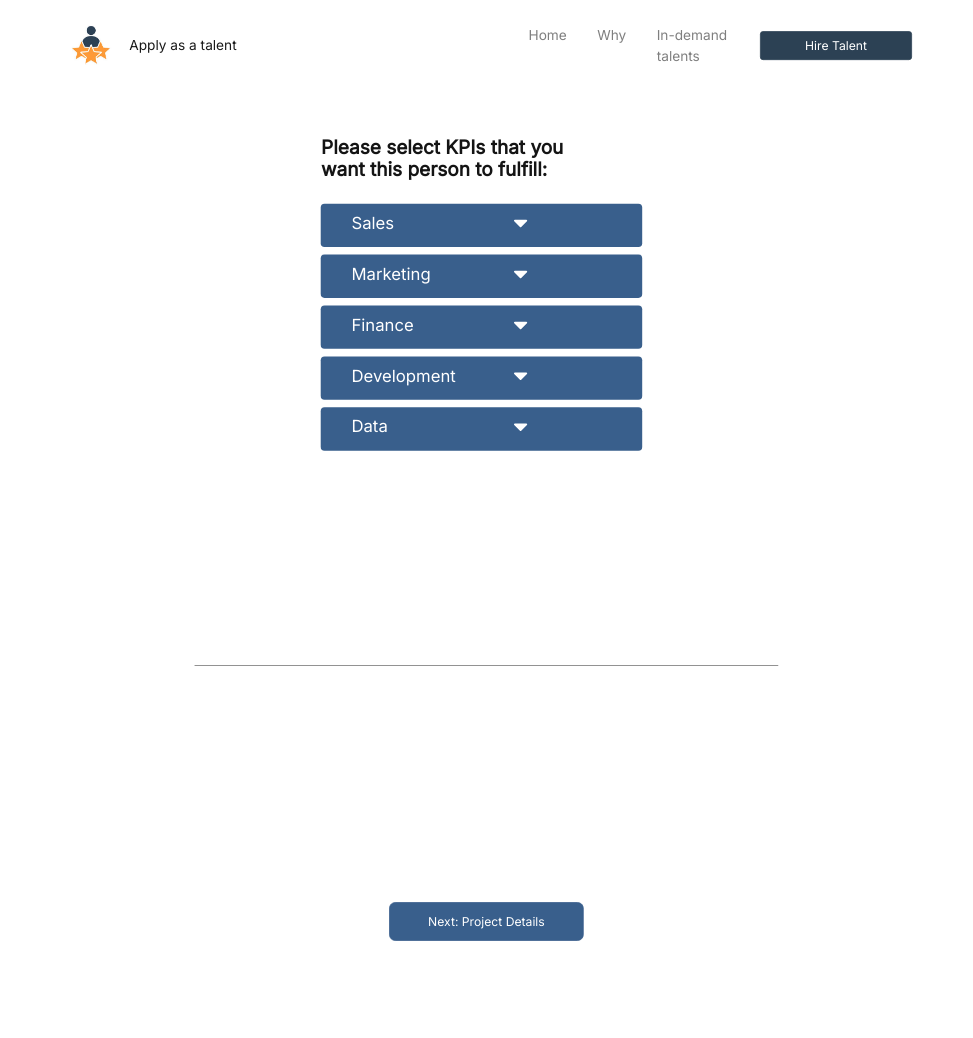
Repository: Ashwe9/talent-hire-reactJs
Page: /kpis
The author's editor kept a copy of each file at every save. The page is drawn from the files as they stood at one save, then again after the next save.
The browser window is 1280 px wide. The pictures show the whole page, at 76% of full size.
The project was rebuilt for these pictures with package versions that can differ from the ones it lists, and the page was loaded fresh each time. A package was used in the major version that the imports need, not the one package.json lists. Also part of the build but not shown: src/homePage/components/TrustedBy/TrustedBy.css, src/homePage/components/TrustedBy/TrustedBy.js, src/homePage/components/Roles/Roles.css, src/homePage/components/Roles/Roles.js, src/homePage/components/homePageFooter/HomePageFooter.js, src/homePage/HomePage.js, src/kpisPage/Talents.css, src/kpisPage/Talents.js and 1 more.

Above is the page before, as saved 2022-08-18 17:59:53.

### public/index.html
<!DOCTYPE html>
<html lang="en">
  <head>
    <meta charset="utf-8" />
    <link rel="icon" href="%PUBLIC_URL%/favicon.ico" />
    <meta name="viewport" content="width=device-width, initial-scale=1" />
    <meta name="theme-color" content="#000000" />
    <meta
      name="description"
      content="Web site created using create-react-app"
    />
    <link rel="apple-touch-icon" href="%PUBLIC_URL%/logo192.png" />
    <link rel="manifest" href="%PUBLIC_URL%/manifest.json" />
    <link rel="stylesheet" href="https://stackpath.bootstrapcdn.com/bootstrap/4.4.1/css/bootstrap.min.css" integrity="sha384-Vkoo8x4CGsO3+Hhxv8T/Q5PaXtkKtu6ug5TOeNV6gBiFeWPGFN9MuhOf23Q9Ifjh" crossorigin="anonymous">
    <link href='https://fonts.googleapis.com/css?family=Inter' rel='stylesheet'>

    <title>App</title>
  </head>
  <body>
    <noscript>You need to enable JavaScript to run this app.</noscript>
    <div id="root"></div>
    <script src="https://code.jquery.com/jquery-3.4.1.slim.min.js" integrity="sha384-J6qa4849blE2+poT4WnyKhv5vZF5SrPo0iEjwBvKU7imGFAV0wwj1yYfoRSJoZ+n" crossorigin="anonymous"></script>
    <script src="https://cdn.jsdelivr.net/npm/popper.js@1.16.0/dist/umd/popper.min.js" integrity="sha384-Q6E9RHvbIyZFJoft+2mJbHaEWldlvI9IOYy5n3zV9zzTtmI3UksdQRVvoxMfooAo" crossorigin="anonymous"></script>
    <script src="https://stackpath.bootstrapcdn.com/bootstrap/4.4.1/js/bootstrap.min.js" integrity="sha384-wfSDF2E50Y2D1uUdj0O3uMBJnjuUD4Ih7YwaYd1iqfktj0Uod8GCExl3Og8ifwB6" crossorigin="anonymous"></script>  </body>
</html>

### src/App.js
import React from 'react'
import { BrowserRouter as Router, Route, Switch } from 'react-router-dom';
import { HomePage } from './homePage/HomePage';
import KPISPage from './kpisPage/KPISPage';
import ProjectDetails from './projectDetails/ProjectDetails';

function App() {
  return (
    <Router>
      <Switch>
        <Route exact path="/" component={HomePage} />
        <Route exact path="/kpis" component={KPISPage} />
        <Route exact path="/projectdetails" component={ProjectDetails} />
      </Switch>
    </Router>
  );
}

export default App;

### src/kpisPage/KPISPage.js
import React from 'react'
import './KPISPage.css'
import { Navbar } from '../shared-components/Navbar/Navbar'
import Header from './Header'
import DropDown from './DropDown'
import { Footer }from '../shared-components/Footer/Footer'

const KPISPage = () => {
  return (
    <div>
      <Navbar />
      <Header />
      <DropDown title="Sales"/>
      <DropDown title="Marketing"/>
      <DropDown title="Finance"/>
      <DropDown title="Development"/>
      <DropDown title="Data"/>
      <Footer nextTitle="Next: Project Details" nextPath="/projectdetails" previousPath="/" />
    </div>
  )
}

export default KPISPage

### src/shared-components/Navbar/Navbar.js
import React from 'react'
import './Navbar.css'
import { useHistory } from 'react-router-dom'

export const Navbar = () => {
  let history=useHistory();
  return (
    <nav className="navbar navbar-expand-lg navbar-light">
      <img src= {require('../../assets/icon.png')} className="icon"/>
      <a className="navbar-brand title" href="#">Apply as a talent</a>
      <button className="navbar-toggler" type="button" data-toggle="collapse" data-target="#navbarText" aria-controls="navbarText" aria-expanded="false" aria-label="Toggle navigation">
        <span className="navbar-toggler-icon"></span>
      </button>
      <div className="collapse navbar-collapse" id="navbarText">
        <ul className="navbar-nav mr-auto">
          <li className="nav-item">
            <a className="nav-link" href="#" onClick={() => {
                history.push('/');
              } }>Home</a>
          </li>

          <li className="nav-item">
            <a className="nav-link" href="#">Why</a>
          </li>
          <li className="nav-item">
            <a className="nav-link" href="#">In-demand talents</a>
          </li>
        </ul>
        <span className="navbar-text">
          <button className='btn btn-dark navbar-btn'>Hire Talent</button>
        </span>
      </div>
    </nav>
  )
}

### src/kpisPage/Header.js
import React from 'react'
import './Header.css'

const Header = () => {
  return (
    <div className='header-box'>
        <p className='header-by-title'>
            Please select KPIs that you want this person to fulfill:
        </p>
    </div>
  )
}

export default Header

### src/kpisPage/DropDown.js
import {FaCaretDown, FaCaretUp} from 'react-icons/fa'
import React , { useState } from 'react'
import './DropDown.css'
import { left } from '@popperjs/core'
import Talents from './Talents'


const DropDown = ({title}) => {
    const [x, setCount] = useState(0);
    const incrementCount = () => {
        setCount(x + 1);
      };

  return (
    <div>
        <div className='dropdown-box' onClick={incrementCount} >
            <p className='dropdown-title'>{title}</p>
            <a> { x%2===0 ? <FaCaretDown id='icon' size={30} style={{}} /> : <FaCaretUp id='icon' size={30} style={{}} />}</a>
        </div>
        { x%2===1 ? <Talents title={title}/> : <></>}
    </div>
  )
}

export default DropDown

### src/shared-components/Footer/Footer.js
import React from 'react'
import './Footer.css'
import { useHistory } from 'react-router-dom'


export const Footer = ({nextTitle, nextPath, previousPath}) => {
  let history =useHistory();

  return (
      <footer>
        <div className='Footer-box'>
            <hr id="footer-line"/>
        </div>
        <span className="HomePageFooter-button">
              <button
              onClick={() => {
                history.push({nextPath});
              } }
              className='btn btn-dark HomePageFooter-btn' >{nextTitle}</button>
            </span>
      </footer>
    )
  }

### src/shared-components/Navbar/Navbar.css
.icon{
    width: 80px;
}

.title{
    font-family: "Inter";
    font-style: normal;
    font-weight: 500;
    font-size: 18px;
    line-height: 28px;
    align-items: center;
    color: #444444;
    padding-left: 10px;
}

#navbarText{
    margin-left: 30%;
}
.navbar-items{
    margin: 0 35%;

}

.nav-item{
    font-family: "Inter";
    font-style: normal;
    font-weight: 500;
    font-size: 18px;
    align-items: center;
    color: #444444;
    padding-left: 24px;
}

.navbar-btn{
    font-family: "Inter";
    font-style: bold;
    background: #2c4154;
    /* padding: 5px 50px; */
    border-color: #2c4154;
    width: 200px;
}

.navbar{
    margin: 10px 5%;
}

@media only screen and (max-width: 600px) {
    body {
      background-color: lightblue;
    }
  }

### src/homePage/components/homePageFooter/HomePageFooter.css
#HomePageFooter-line{
    background-color: gray;
    width: 61%;
}
.HomePageFooter-box{
    padding: 1%;
}

.HomePageFooter-btn{
    margin-top: 3%;
    /* margin-left: 30%; */
    font-family: "Inter";
    font-style: normal;
    background: #395f8c;
    padding: 1% 1%;
    border-color: #395f8c;
    height: 10%;
    width: 20%;
    border-radius: 0.5rem;
    margin-left: 40%;
    margin-bottom: 10%;
}

@media only screen and (max-width: 350px) {
    .HomePageFooter-btn{
        padding: 2% ;
        height: 10%;
        width: 40%;
        margin-left: 30%;
        font-size: 12px;
    }
}

### src/kpisPage/Header.css
.header-box{
    margin: 30px 30%;
    padding: 3%;
    padding-bottom: 0%;
    align-items: center;
    width: 35%;
}

.header-by-title{
    font-family: "Inter";
    font-style: bolder;
    font-weight: 700;
    font-size: 25px;
    line-height: 30px;
    align-items: center;
    color: #141414;
}


@media only screen and (max-width: 700px) {

    .header-by-title{
        font-size: 16px;
    }

    .header-box{
        margin-left: 90px;
        width: 100%;
    }
  }
@media only screen and (max-width: 450px) {
    .header-by-title{
        font-size: 13px;
    }
    .header-box{
        margin-left: 70px;
        width: 100%;
    }
}

### src/kpisPage/DropDown.css
.dropdown-box{
    margin: 0px 33%;
    padding-top: 10px;
    padding-bottom: 1px;
    width: 33%;
    background-color: #395f8c;
    border-radius: 5px;
    display: flex;
    cursor: pointer;
    margin-bottom: 10px;

}

.dropdown-title{
    font-family: "Inter";
    font-style: bolder;
    font-weight: 300;
    font-size: 22px;
    line-height: 30px;
    align-items: center;
    color: white;
    margin-left: 40px;
}

#icon{
    color: white;
    position:absolute;
    right:580px;
}


@media only screen and (max-width: 700px) {

    .dropdown-title{
        font-size: 16px;
        margin-left: 0;
    }

    .dropdown-box{
        margin-left: 70px;
        width: 60%;
    }
    #icon{
        opacity: 0;
    }
  }
@media only screen and (max-width: 450px) {
    .dropdown-title{
        font-size: 11px;
        margin-left: 0;
    }
    .dropdown-box{
        margin-left: 70px;
        width: 60%;
    }

    #icon{
        opacity: 0;
    }
}

### src/shared-components/Footer/Footer.css
#footer-line{
    background-color: gray;
}
.Footer-box{
    padding: 20%;
}

Loaded but not shown: src/index.js (common file); src/reportWebVitals.js (common file); src/index.css (no stored copy; drawn as an empty file); src/kpisPage/KPISPage.css (no stored copy; drawn as an empty file)

After the next save:
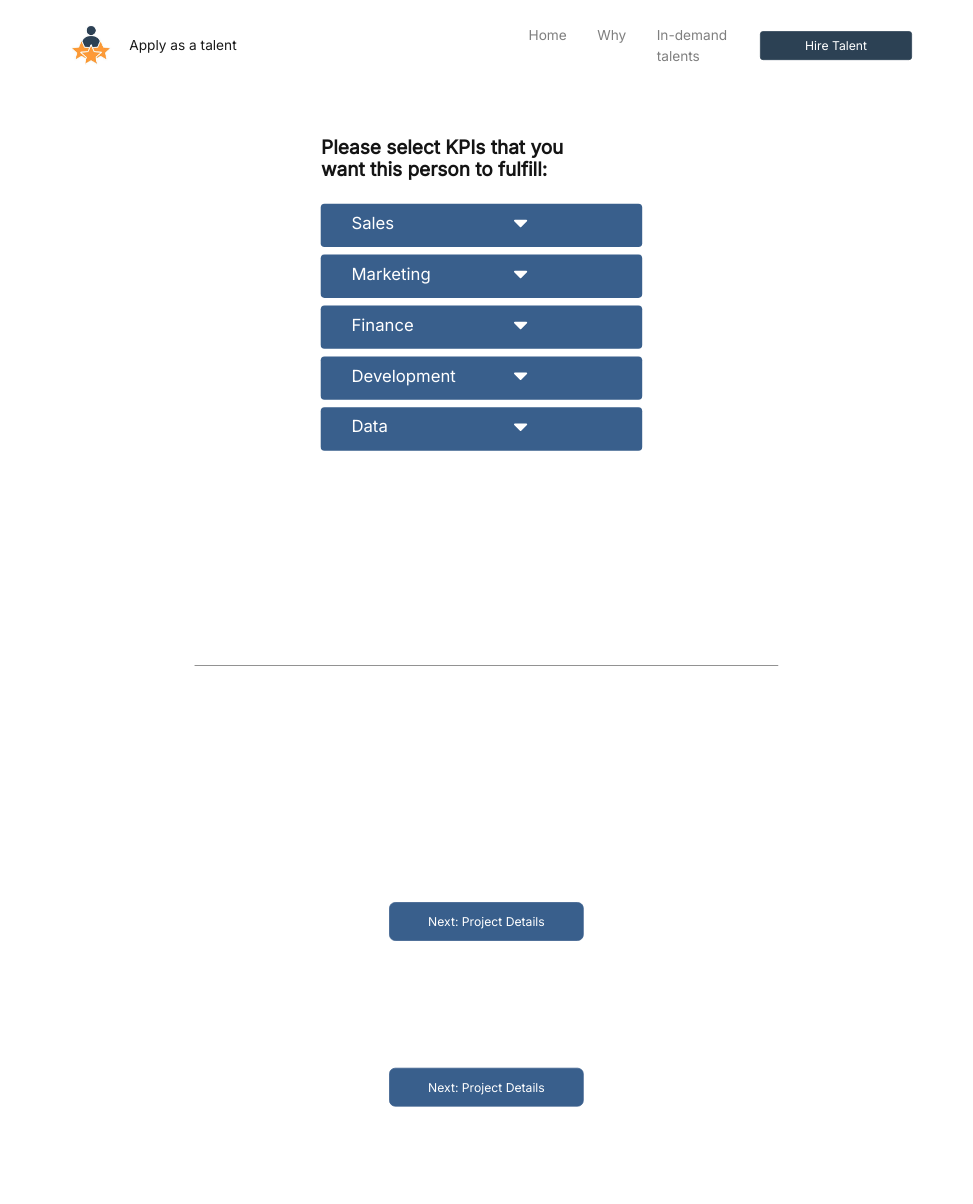
Saved 3 s later.
--- a/src/shared-components/Footer/Footer.js
+++ b/src/shared-components/Footer/Footer.js
@@ -11,13 +11,20 @@ export const Footer = ({nextTitle, nextPath, previousPath}) => {
         <div className='Footer-box'>
             <hr id="footer-line"/>
         </div>
-        <span className="HomePageFooter-button">
+        <span className="Footer-button-back">
+              <button
+              onClick={() => {
+                history.push({previousPath});
+              } }
+              className='btn btn-dark HomePageFooter-btn' >{nextTitle}</button>
+        </span>
+        <span className="Footer-button-next">
               <button
               onClick={() => {
                 history.push({nextPath});
               } }
               className='btn btn-dark HomePageFooter-btn' >{nextTitle}</button>
-            </span>
+        </span>
       </footer>
     )
   }
